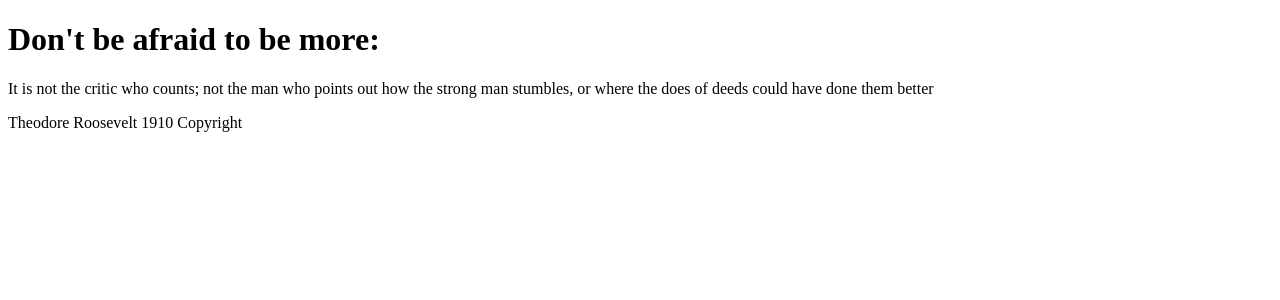
Repository: Koniya/my-coding-practices
Page: entities.html
The author's editor kept a copy of each file at every save. The page is drawn from the files as they stood at one save, then again after the next save.
The browser window is 1280 px wide. The pictures show the whole page.

Above is the page before, as saved 2024-01-27 16:19:55.

### entities.html
<!DOCTYPE html>
<html>
<head>
    <meta = charset="utf*8">
    <title> HTML Entities</title>
</head>
<body>
<h1> Don't be afraid to be <then a 100% success & >more:</then></h1>
<p>
    It is not the critic who counts; not the man who points out how the strong man stumbles, or where the does of deeds could have done them better

</p>
<p> Theodore Roosevelt 1910 Copyright</p>
</body>
</html>

After the next save:
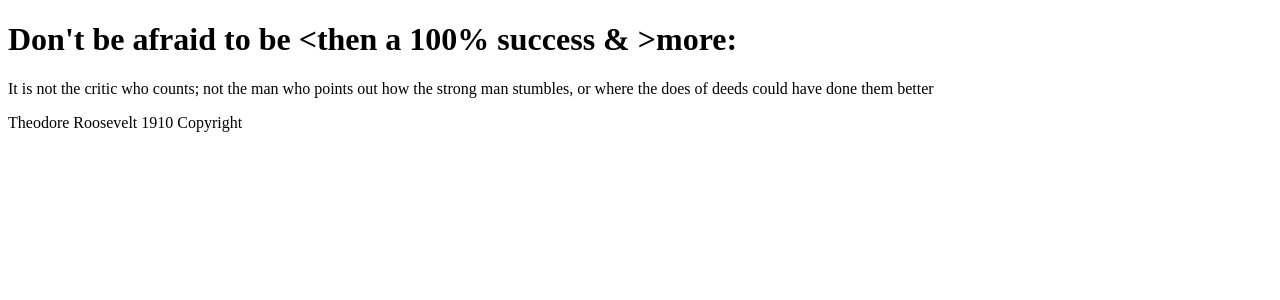
Saved 111 s later.
--- a/entities.html
+++ b/entities.html
@@ -5,7 +5,7 @@
     <title> HTML Entities</title>
 </head>
 <body>
-<h1> Don't be afraid to be <then a 100% success & >more:</then></h1>
+<h1> Don't be afraid to be &lt;then a 100% success &amp; &gt;more:</then></h1>
 <p>
     It is not the critic who counts; not the man who points out how the strong man stumbles, or where the does of deeds could have done them better
 
